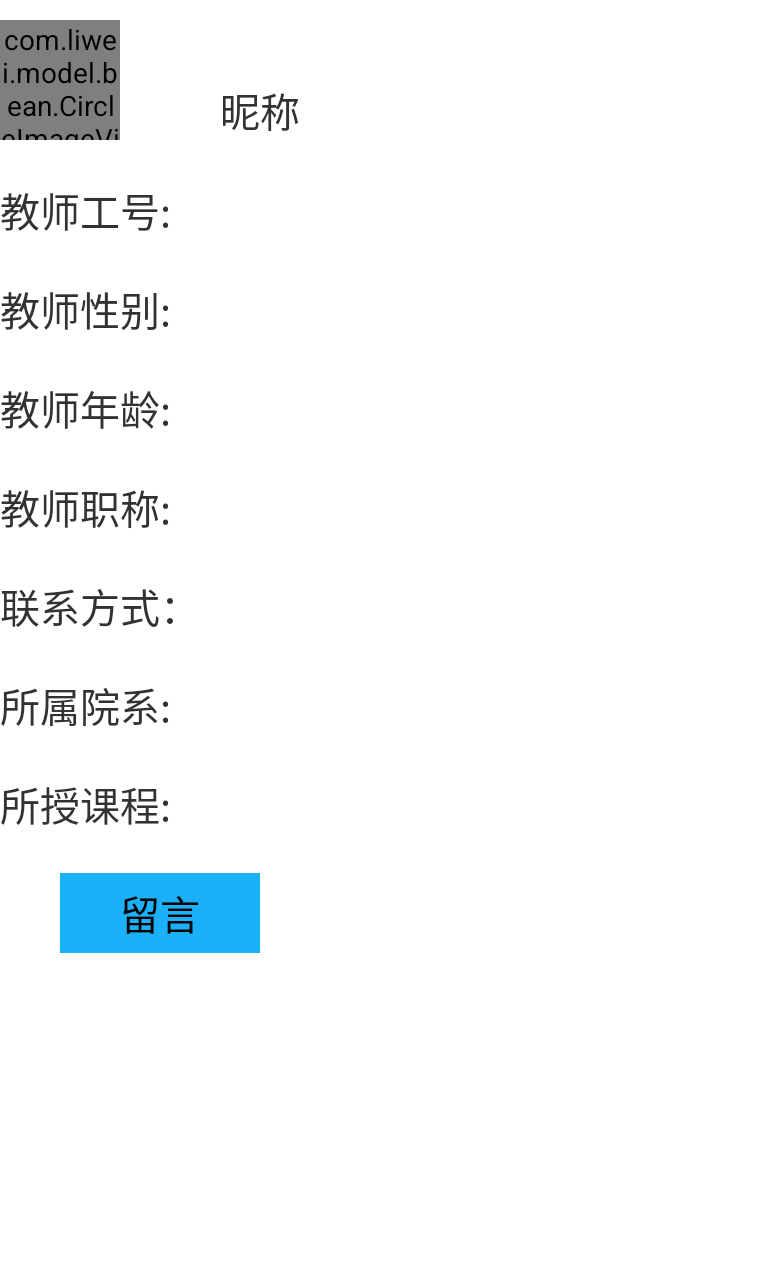
Repository: 15862175370/MyProject
Layout: 毕业设计系统源码_李伟/client/TeachSystem/res/layout/serchteacher_item.xml
The author's editor kept a copy of each file at every save. The layout is drawn from the files as they stood at one save, then again after the next save.
Pictures or frames that could not be fetched are drawn as grey boxes. It is drawn on a 768 x 1280 px phone screen (xhdpi) without system bars, with theme AppTheme; the app's code is not run.

Above is the layout before, as saved 2016-05-20 13:40:48.

After the next save:
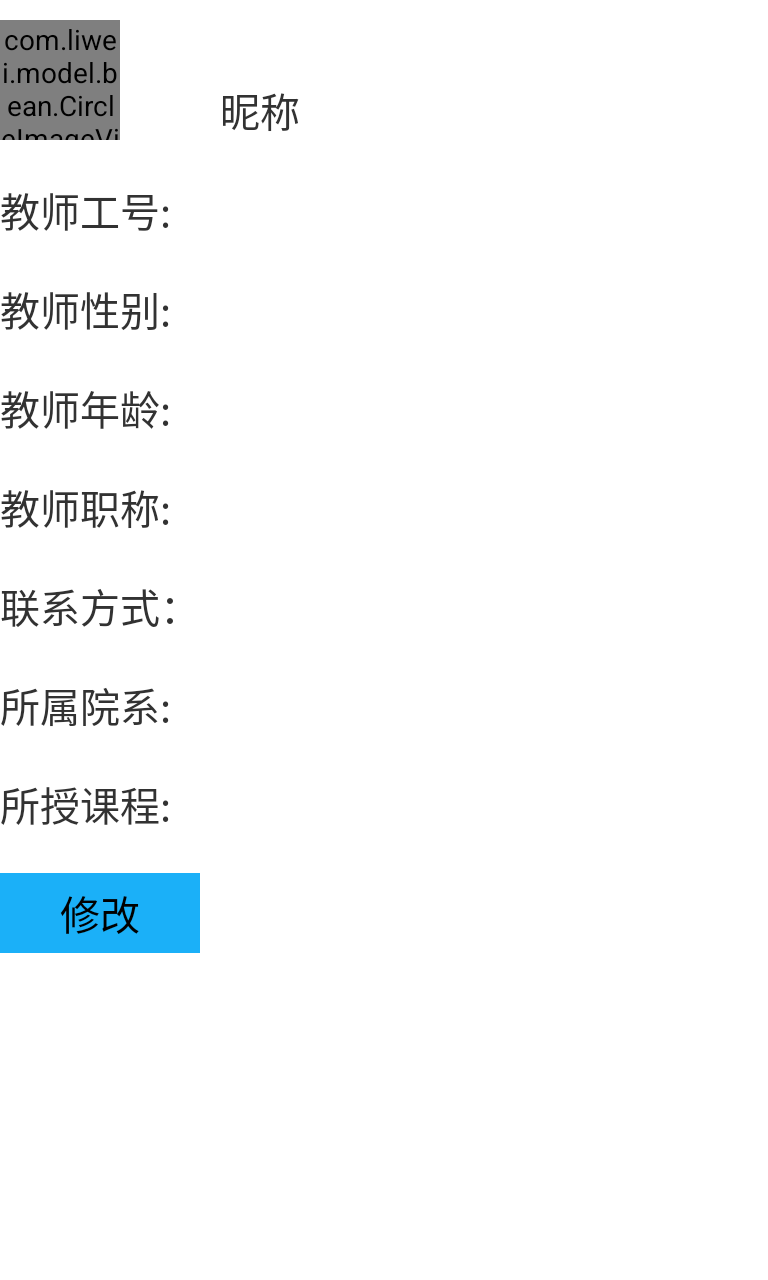
Saved 40 s later.
--- a/毕业设计系统源码_李伟/client/TeachSystem/res/layout/serchteacher_item.xml
+++ b/毕业设计系统源码_李伟/client/TeachSystem/res/layout/serchteacher_item.xml
@@ -210,14 +210,12 @@
 
             >
             <Button
-                android:layout_centerInParent="true"
-                android:layout_marginLeft="30dp"
              android:id="@+id/myteacher_message"
              android:layout_height="40dp"
                android:layout_width="100dp"
                android:background="#1bb0f8"
                android:textSize="20dp"
-               android:text="留言"
+               android:text="修改"
                 />
         </LinearLayout>
 
